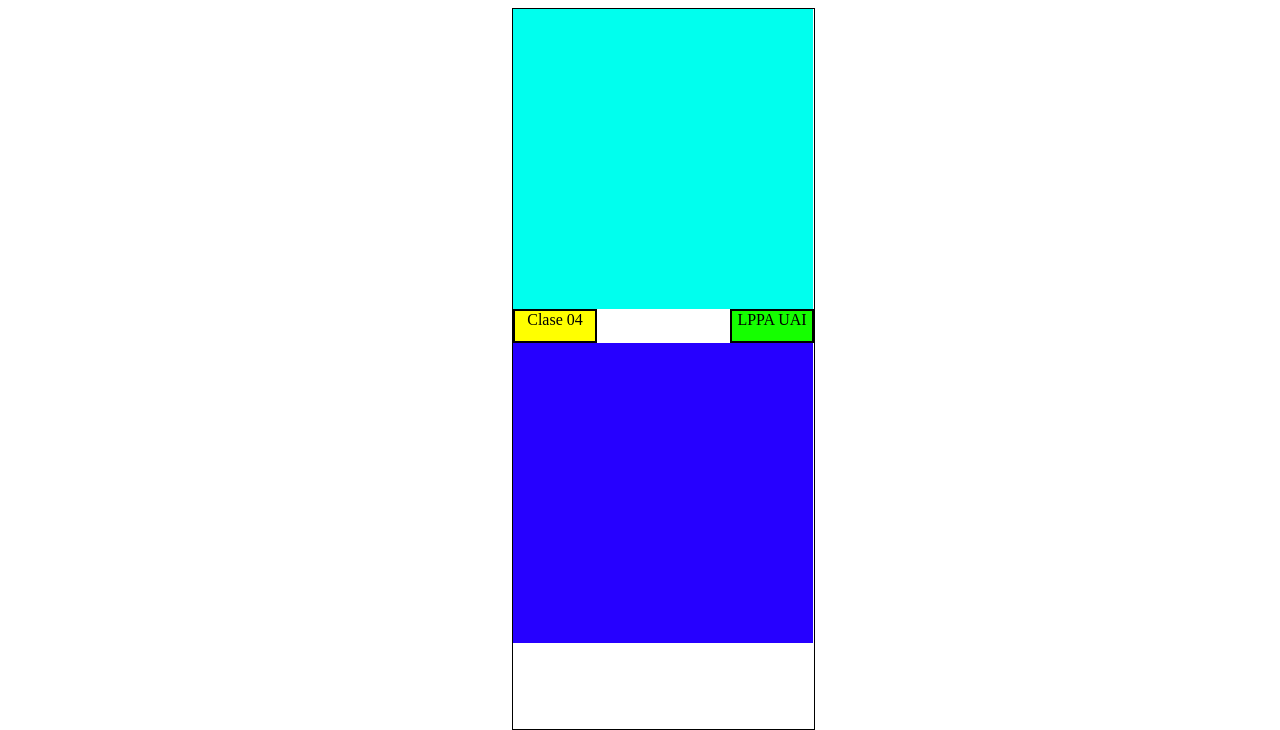
Repository: Divineridh/LPPAChallenges
Page: Trabajos en Clase/ejercicio clase 04-2/index.html
The author's editor kept a copy of each file at every save. The page is drawn from the files as they stood at one save, then again after the next save.
The browser window is 1280 px wide. The pictures show the whole page.

Above is the page before, as saved 2022-04-26 21:01:53.

After the next save:
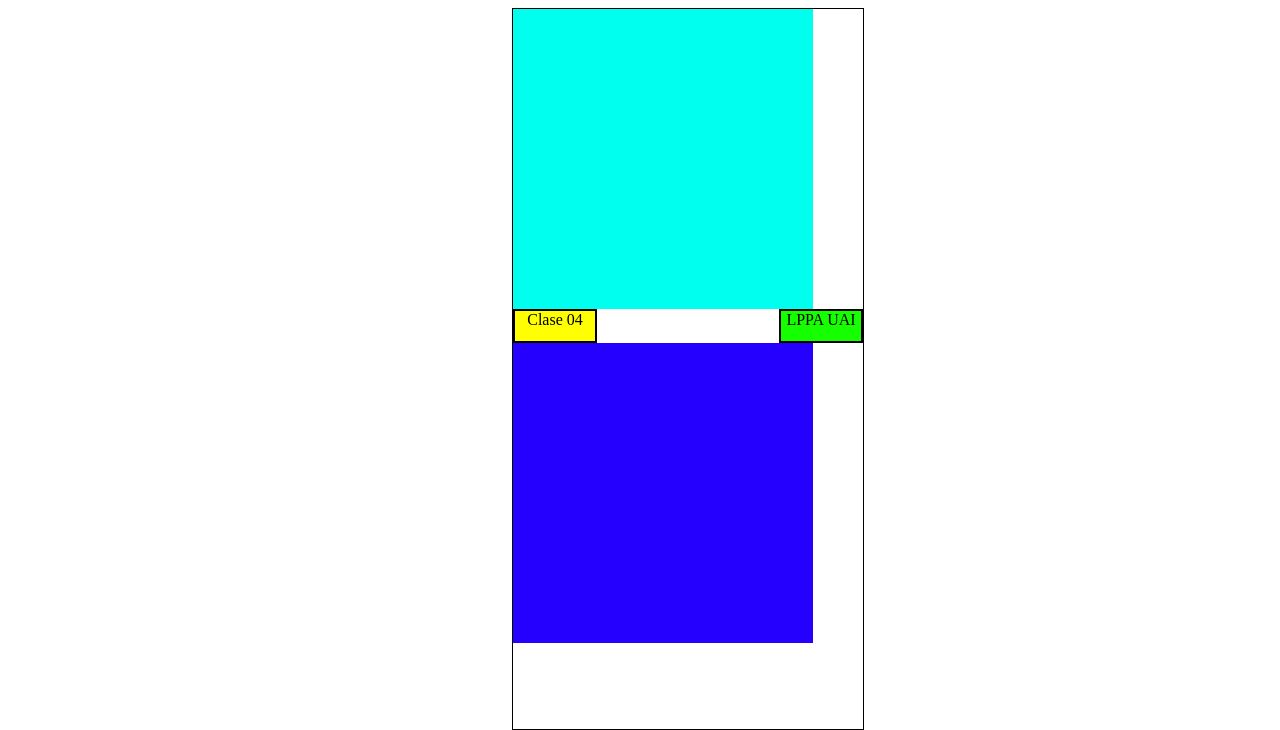
Saved 27 s later.
--- a/Trabajos en Clase/ejercicio clase 04-2/styles.css
+++ b/Trabajos en Clase/ejercicio clase 04-2/styles.css
@@ -1,5 +1,5 @@
 .container {
-    width: 301px;
+    width: 350px;
     height: 100%;
     left: 40%;
     position: absolute;
